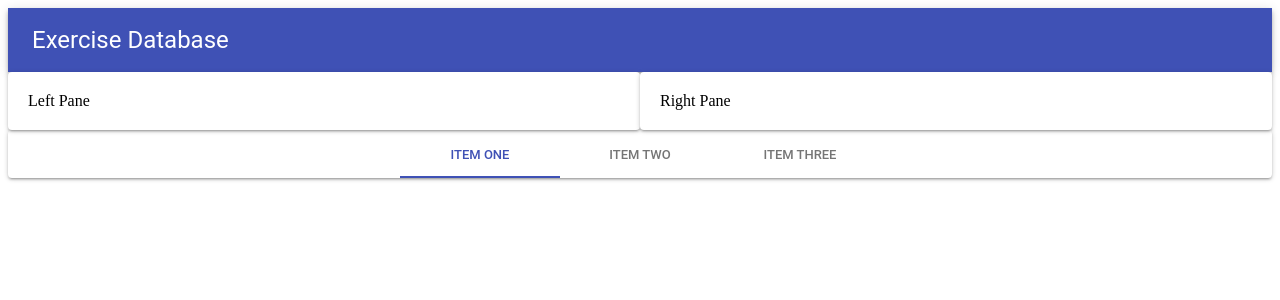
Repository: Votex874/material-ui
Page: /
These files come from the project's save history. The page is drawn as it stood at one moment and after the next save; the edit follows.
The browser window is 1280 px wide. The pictures show the whole page.
The project was rebuilt for these pictures with package versions that can differ from the ones it lists, and the page was loaded fresh each time.

Above is the page before, as saved 2019-03-24 12:32:24.

After the next save:
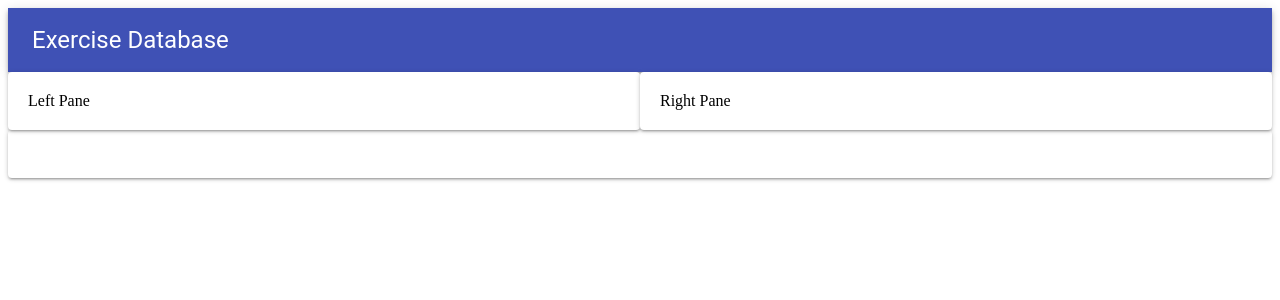
Saved 72 s later.
--- a/src/Components/Layouts/Footer.js
+++ b/src/Components/Layouts/Footer.js
@@ -1,7 +1,8 @@
 import React from 'react';
 import { Paper, Tabs, Tab } from '@material-ui/core'
+import { muscles } from '../../store';
 
-const Footer = props => {
+const Footer = ({ muscles }) => {
   return (
     <Paper>
       <Tabs
@@ -10,9 +11,9 @@ const Footer = props => {
         textColor="primary"
         centered
       >
-        <Tab label="Item One" />
-        <Tab label="Item Two" />
-        <Tab label="Item Three" />
+        {muscles.map( group => {
+          <Tab label={group} />
+        })}
       </Tabs>
     </Paper>
   );
